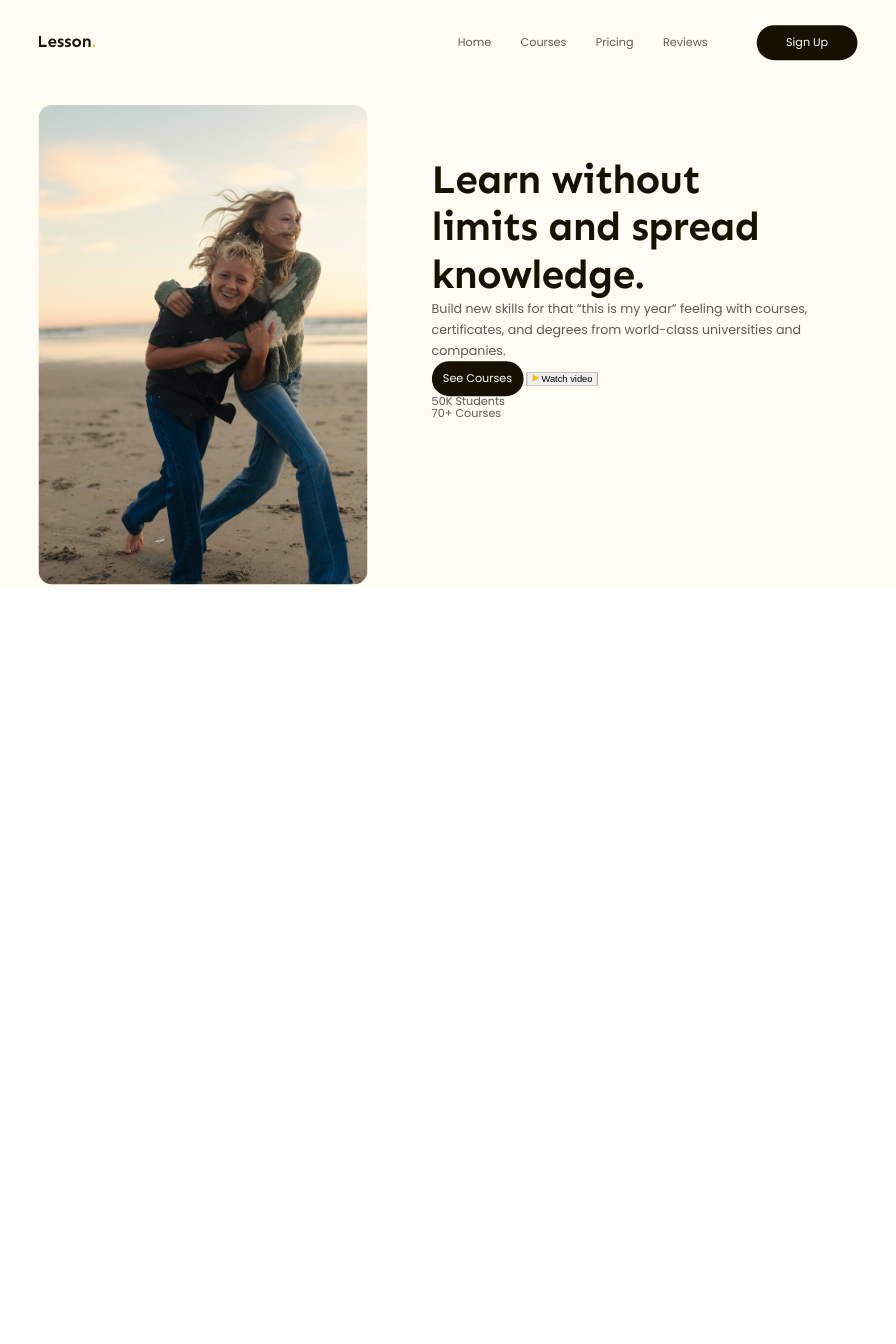
Repository: tinhtranjp/htmlcss-01
Page: index.html
An editor plug-in stored every save of this project. The page is shown before and after the next save, followed by the edit.
The browser window is 1280 px wide. The pictures show the part of the page from y = 0 to 1920 px (the page is 5000 px tall), at 70% of full size.

Above is the page before, as saved 2023-01-20 05:18:10.

After the next save:
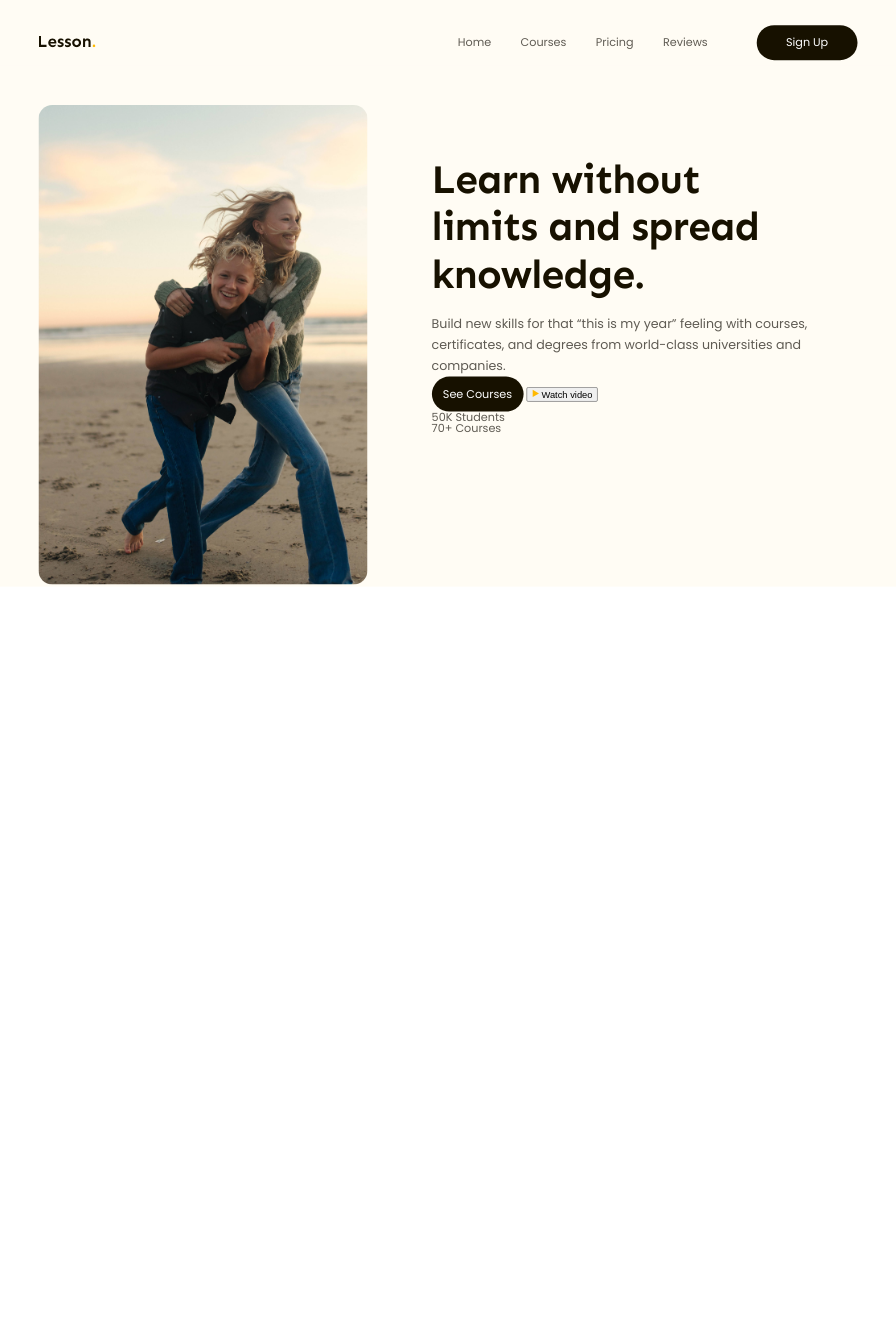
Saved 12 s later.
--- a/assets/css/styles.css
+++ b/assets/css/styles.css
@@ -102,6 +102,7 @@
 }
 
 .hero .info p:first-of-type {
+  margin-top: 22px;
   font-weight: 400;
   font-size: 18px;
   line-height: 30px;
